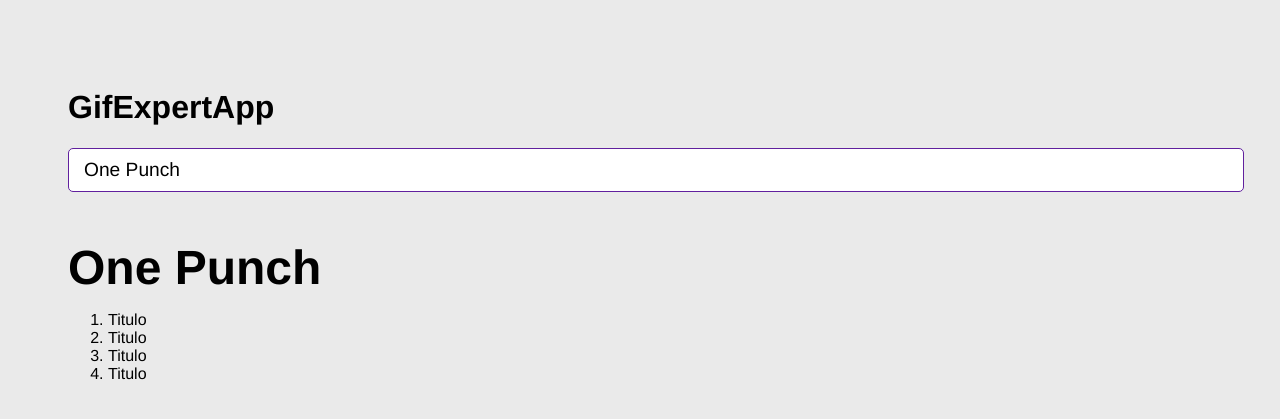
Repository: bryanesteban/gif-expert-app
Page: /
An editor plug-in stored every save of this project. The page is shown before and after the next save, followed by the edit.
The browser window is 1280 px wide. The pictures show the whole page.
The page's requests for data from a server got no answer. The project was rebuilt for these pictures with package versions that can differ from the ones it lists, and the page was loaded fresh each time. No one was signed in, and anything a server would have sent is missing. Also part of the build but not shown: vite.config.js.

Above is the page before, as saved 2024-06-14 17:16:21.

After the next save:
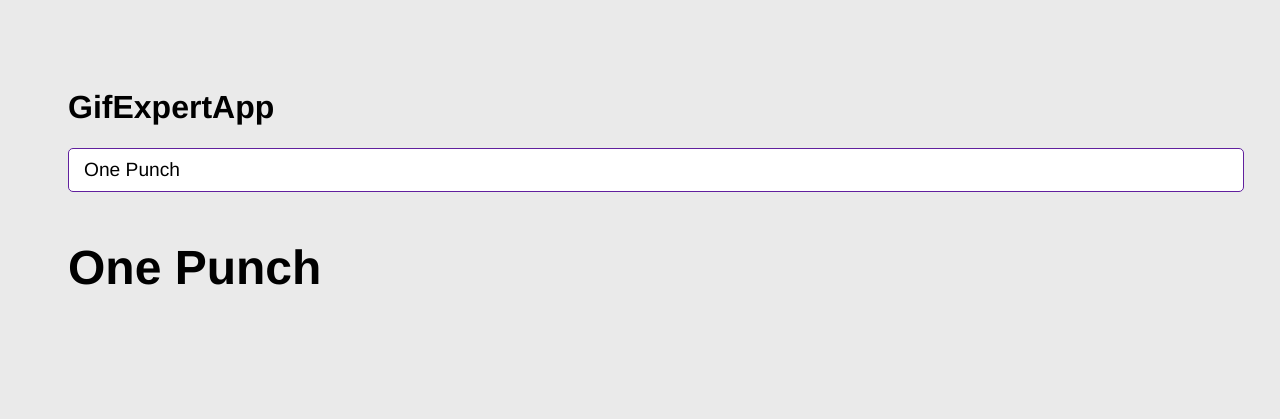
Saved 3 min 51 s later.
--- a/src/components/GifGrid.jsx
+++ b/src/components/GifGrid.jsx
@@ -23,13 +23,19 @@ export const GifGrid = ( { category } ) => {
     return (
         <>
             <h3> { category } </h3>
+           {
+            images.map( img=> {
+            <ol key={ img.id }>
+                <li>img.id</li>
+                <li>img.title</li>
+                <li>img.url</li>
 
-            <ol>
-                <li>Titulo</li>
-                <li>Titulo</li>
-                <li>Titulo</li>
-                <li>Titulo</li>
             </ol>
+            })
+           }
+
+
+
         </>
     )
 }
